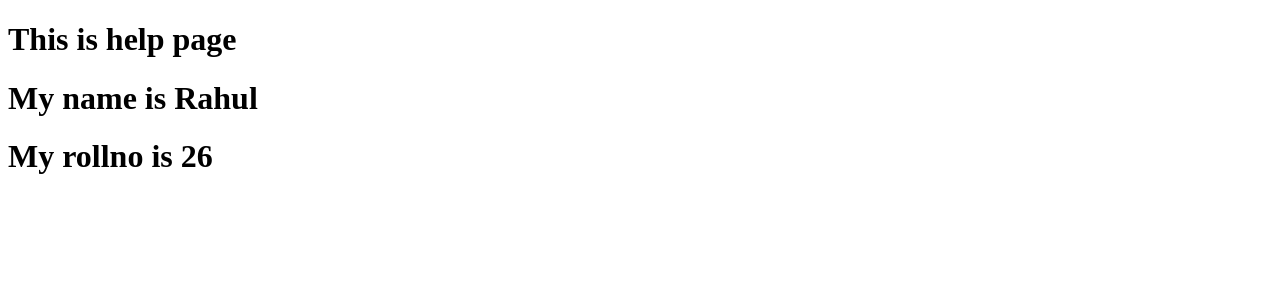
Repository: romeodmello17/springmvc
Page: http://localhost/firstmvc/help
The author's editor kept a copy of each file at every save. The page is drawn from the files as they stood at one save, then again after the next save.
The browser window is 1280 px wide. The pictures show the whole page.
The page is served by Tomcat 9. Other server files are loaded and not shown.

Above is the page before, as saved 2025-04-11 00:07:47.

### firstmvc/src/main/webapp/WEB-INF/spring-servlet.xml
<beans xmlns="http://www.springframework.org/schema/beans"
	xmlns:xsi="http://www.w3.org/2001/XMLSchema-instance"
	xmlns:p="http://www.springframework.org/schema/p"
	xmlns:context="http://www.springframework.org/schema/context"
	xsi:schemaLocation=" http://www.springframework.org/schema/beans http://www.springframework.org/schema/beans/spring-beans.xsd http://www.springframework.org/schema/context http://www.springframework.org/schema/context/spring-context.xsd">
	<context:component-scan base-package="firstmvc.springmvc.controller"></context:component-scan>
	<bean
		class="org.springframework.web.servlet.view.InternalResourceViewResolver"
		name="viewResolver">

		<property name="prefix" value="/WEB-INF/views/" />
		<property name="suffix" value=".jsp"></property>

	</bean>
</beans>
<!-- /WEB-INF/views/hello.jsp -->

### firstmvc/src/main/webapp/WEB-INF/views/help.jsp
<%@ page language="java" contentType="text/html; charset=ISO-8859-1"
    pageEncoding="ISO-8859-1"%>
    <%@ page isELIgnored="false" %>
<!DOCTYPE html>
<html>
<head>
<meta charset="ISO-8859-1">
<title>Help page</title>
</head>
<body>
<%

	String name =(String) request.getAttribute("name");
	Integer rollno = (Integer) request.getAttribute("rollno");
%>

<h1>This is help page</h1>
<h1>My name is <%=name%></h1>
<h1>My rollno is <%=rollno%></h1>
</body>
</html>

### firstmvc/src/main/java/firstmvc/springmvc/controller/HelloController.java
package firstmvc.springmvc.controller;

import java.util.ArrayList;
import java.util.List;

import org.springframework.stereotype.Controller;
import org.springframework.ui.Model;
import org.springframework.web.bind.annotation.RequestMapping;
import org.springframework.web.servlet.ModelAndView;

@Controller
public class HelloController {
	@RequestMapping("/hello")
	public String hello() {
		System.out.println("This is Hello url");
		return "hello";
	}

	@RequestMapping("/home")
	public String home(Model model) {
		System.out.println("This is Home URL");
		model.addAttribute("name","Rahul");
		model.addAttribute("rollno",17);
		List<String> stocks = new ArrayList<String>();
		stocks.add("Large Cap MF");
		stocks.add("Mid Cap MF");
		stocks.add("Small Cap MF");
		stocks.add("Crypto");

		model.addAttribute("s",stocks);

		return "home";
	}

	@RequestMapping("/help")
	public ModelAndView help() {
		System.out.println("This is help url");
		//creating modelandview object
		ModelAndView mv = new ModelAndView();
		//setting the data
		mv.addObject("name", "Rahul");
		mv.addObject("rollno", 26);
		//setting the view name
		mv.setViewName("help");
		return mv;
	}
}

After the next save:
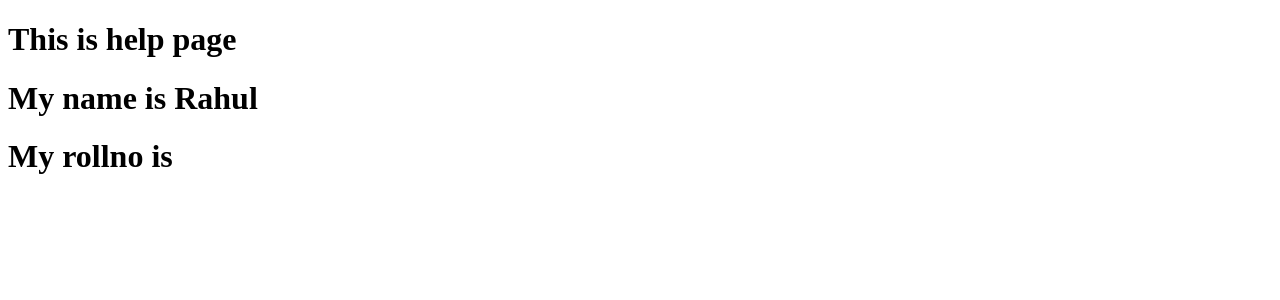
Saved 117 s later.
--- a/firstmvc/src/main/webapp/WEB-INF/views/help.jsp
+++ b/firstmvc/src/main/webapp/WEB-INF/views/help.jsp
@@ -8,14 +8,14 @@
 <title>Help page</title>
 </head>
 <body>
-<%
+<%-- <%
 
 	String name =(String) request.getAttribute("name");
 	Integer rollno = (Integer) request.getAttribute("rollno");
-%>
+%> --%>
 
 <h1>This is help page</h1>
-<h1>My name is <%=name%></h1>
-<h1>My rollno is <%=rollno%></h1>
+<h1>My name is ${name}<%-- <%=name%> --%></h1>
+<h1>My rollno is  <%-- <%=rollno%> --%></h1>
 </body>
 </html>

After the save that followed:
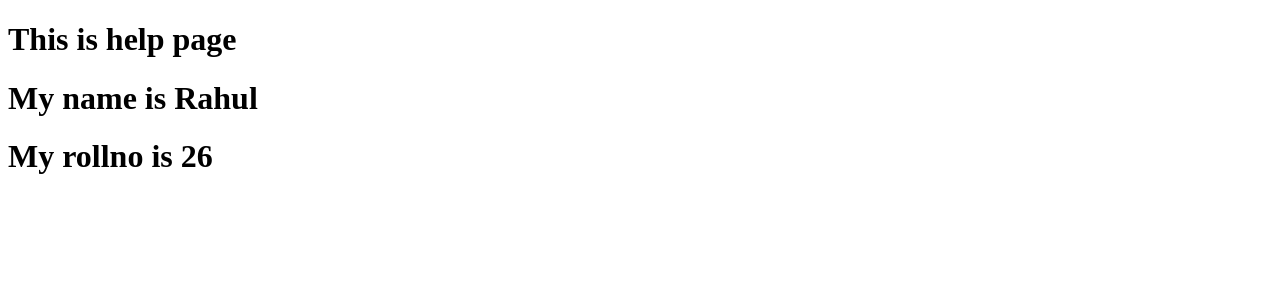
Saved 34 s later.
--- a/firstmvc/src/main/webapp/WEB-INF/views/help.jsp
+++ b/firstmvc/src/main/webapp/WEB-INF/views/help.jsp
@@ -16,6 +16,6 @@
 
 <h1>This is help page</h1>
 <h1>My name is ${name}<%-- <%=name%> --%></h1>
-<h1>My rollno is  <%-- <%=rollno%> --%></h1>
+<h1>My rollno is ${rollno} <%-- <%=rollno%> --%></h1>
 </body>
 </html>
